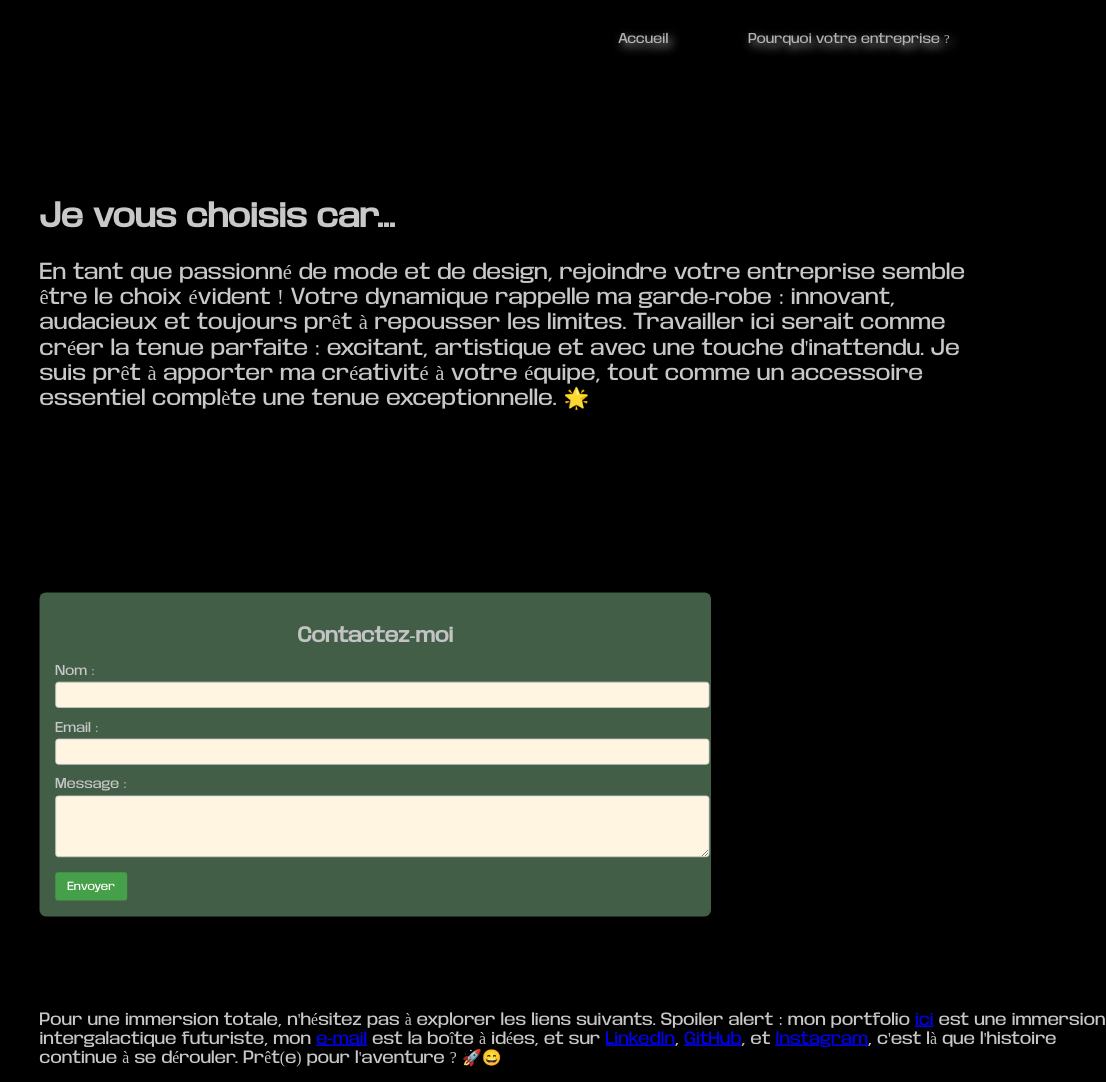
Repository: inessben/application
Page: about/about.html
An editor plug-in stored every save of this project. The page is shown before and after the next save, followed by the edit.
The browser window is 1280 px wide. The page is 1400 px wide, so the pictures cover 1400 px, including what lies to the right of the window. The pictures show the whole page, at 79% of full size.

Above is the page before, as saved 2023-12-03 23:19:56.

After the next save:
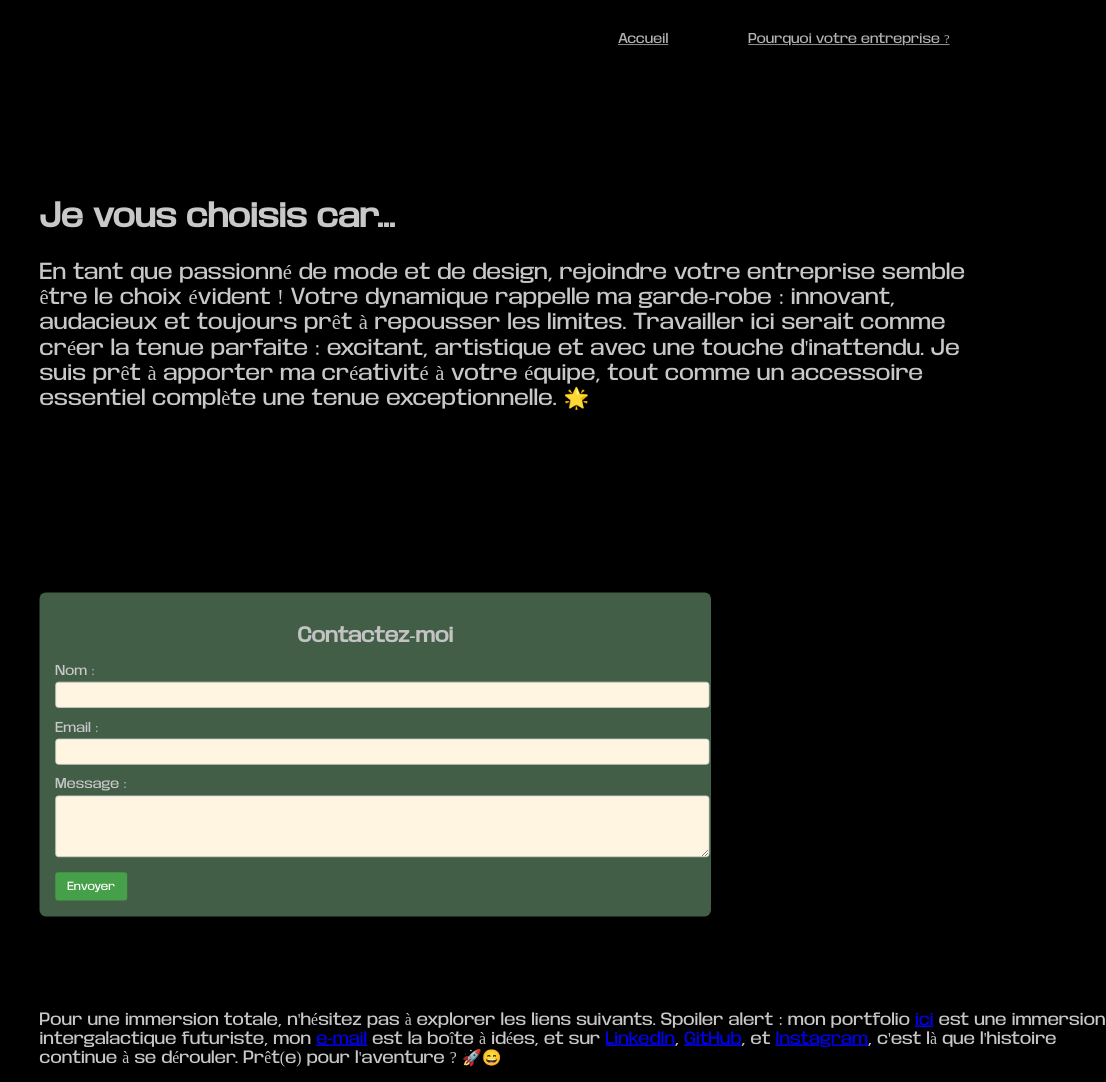
Saved 33 s later.
--- a/about/about.css
+++ b/about/about.css
@@ -44,9 +44,8 @@ body {
     }
 
 .link {
-    filter: drop-shadow(4px 5px 6px #b2b1b1);
     padding: 8px;
-    text-decoration: none;
+    text-decoration: #b3b3b3 underline;
     color: #b3b3b3;
     margin: auto 40px;
     }
